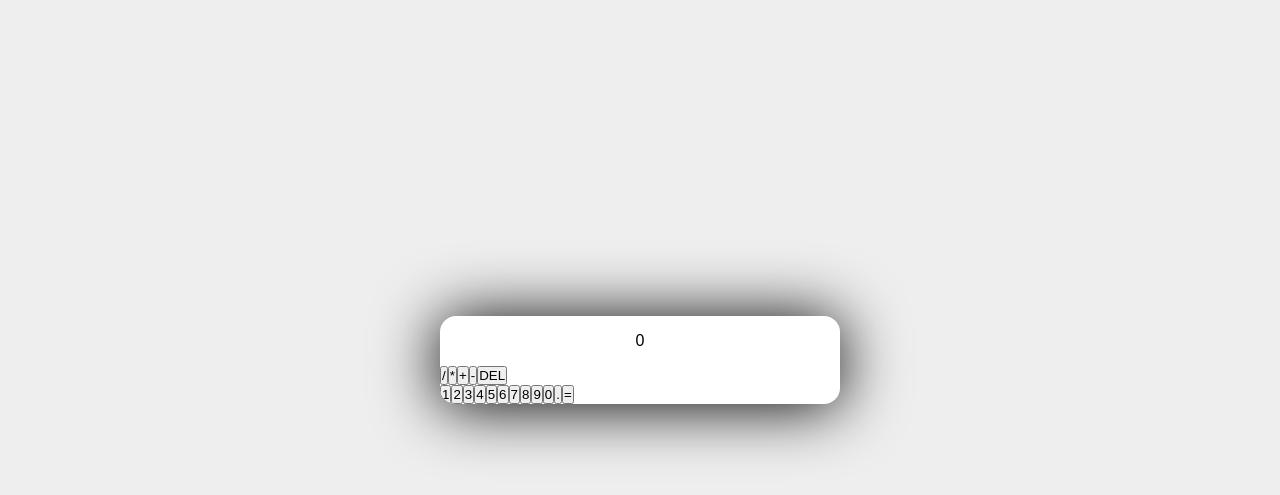
Repository: wakoya-tech/calculator-app
Page: /
An editor plug-in stored every save of this project. The page is shown before and after the next save, followed by the edit.
The browser window is 1280 px wide. The pictures show the whole page.
The project was rebuilt for these pictures with package versions that can differ from the ones it lists, and the page was loaded fresh each time. Also part of the build but not shown: vite.config.js.

Above is the page before, as saved 2025-10-16 23:11:57.

### src/main.jsx
import React from 'react'
import ReactDOM from 'react-dom/client'
import App from './App.jsx'
import './App.css'

ReactDOM.createRoot(document.getElementById('root')).render(
  <React.StrictMode>
    <App />
  </React.StrictMode>
)

### src/App.jsx
import './App.css';  // Not index.css!
function App() {
  const createDigits=()=>{
    const digits=[];
    for(let i=1; i<10;i++){
      digits.push(
        <button key={i}>{i}</button>
      )
    }
    return digits;
  }
  return (
    <div className="App">
     <div className="calculator">
      <div className="display">
        <span>{0}</span>
      </div>
      <div className="operators">
        <button>/</button>
        <button>*</button>
        <button>+</button>
        <button>-</button>
        <button>DEL</button>
      </div>
      <div className="digits">
        {createDigits() }
        <button>0</button>
        <button>.</button>
        <button>=</button>
      </div>
     </div>

    </div>
  )
}

export default App

### src/App.css
:root{
  --primary:#d71e5b;
  --secondary:#8c38ff;
  --dark:#131a26;
  --light:#eee;
}
*{
  margin: 0;
  padding: 0;
  box-sizing: border-box;
  font-family: 'Fira Sans', sans-serif;
}
body{
  background-color: var(--light);

}
.App{
  display: flex;
  min-height: 100vh;
  align-items: center;

  justify-content: center;
}
.calculator{
  width: 100%;
  max-width: 400px;
  background-color: #fff;
  border-radius: 16px;
  overflow: hidden;
  box-shadow: 0px 2px 64px  rgb(0, 0,0.2);
}
.display{
  padding: 16px;
  text-align: center;
}

Loaded but not shown: index.html (common file)

After the next save:
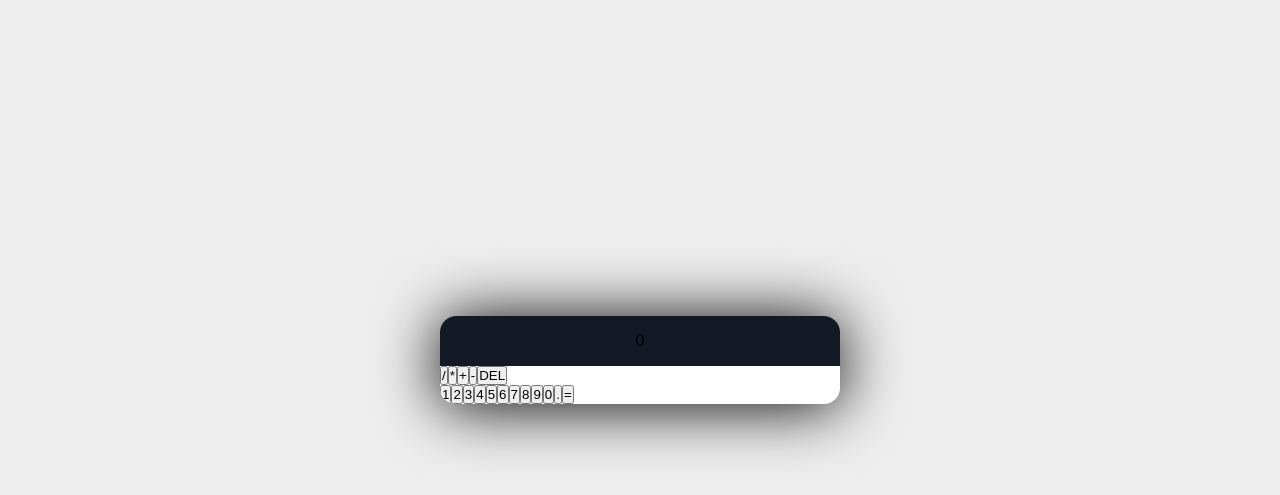
Saved 24 s later.
--- a/src/App.css
+++ b/src/App.css
@@ -32,4 +32,5 @@ body{
 .display{
   padding: 16px;
   text-align: center;
+  background-color: var(--dark);
 }
